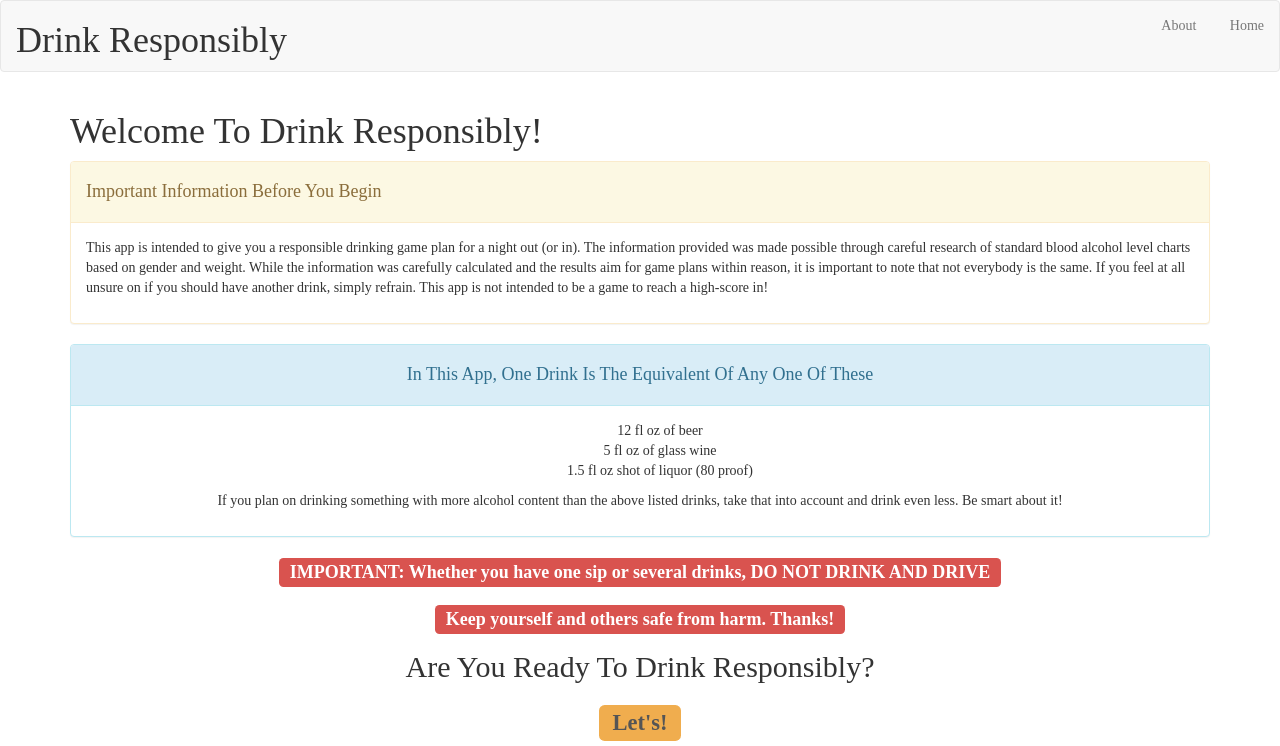
Repository: NatNat180/DrinkResponsibly
Page: http://localhost/DrinkResponsibly/
These files come from the project's save history. The page is drawn as it stood at one moment and after the next save; the edit follows.
The browser window is 1280 px wide. The pictures show the whole page.
Some web fonts or font styles are not loaded; a fallback is used. The page is served by Tomcat 9. Other server files are loaded and not shown.

Above is the page before, as saved 2016-04-07 20:31:19.

### DrinkResponsibly/WebContent/WEB-INF/about.jsp
<%@ page language="java" contentType="text/html; charset=UTF-8"
    pageEncoding="ISO-8859-1"%>
<%@ taglib prefix="c" uri="http://java.sun.com/jsp/jstl/core" %>
<!DOCTYPE html>
<html lang="eng">
<head>
<meta http-equiv="Content-Type" content="text/html; charset=UTF-8">
<link rel="stylesheet" type="text/css" href="bootstrap/css/bootstrap.css"/>
<link rel="stylesheet" type="text/css" href="css/style.css"/>
<title>What Is Drink Responsibly?</title>
</head>
<body>
<c:import url="/WEB-INF/navigation.html"/>
<section class="container">

<h1>Welcome To Drink Responsibly!</h1>

<div class="panel panel-warning">
<div class="panel-heading">
<h4>Important Information Before You Begin</h4>
</div>
<div class="panel-body">
	<p>This app is intended to give you a responsible drinking game plan for a night out
	(or in). The information provided was made possible through careful research of
	standard blood alcohol level charts based on gender and weight. While the
	information was carefully calculated and the results aim for game plans
	within reason, it is important to note that not everybody is the same.
	If you feel at all unsure on if you should have another drink, simply refrain.
	This app is not intended to be a game to reach a high-score in!</p>
</div>
</div>

<div class="center-text">

	<div class="panel panel-info">
	<div class="panel-heading">
	<h4>In This App, One Drink Is The Equivalent Of Any One Of These</h4>
	</div>
	<div class="panel-body">
		<ul>
			<li>12 fl oz of beer</li>
			<li>5 fl oz of glass wine</li>
			<li>1.5 fl oz shot of liquor (80 proof)</li>
		</ul>
	<p>If you plan on drinking something with more alcohol content than the above
	listed drinks, take that into account and drink even less. Be smart about it!</p>
	</div>
	</div>

	<h3><span class="label label-danger">IMPORTANT: Whether you have one sip or several drinks, DO NOT DRINK AND DRIVE</span></h3>
	<h3><span class="label label-danger">Keep yourself and others safe from harm. Thanks!</span></h3>

<h2>Are You Ready To Drink Responsibly?</h2>
	<h2><span class="label label-warning"><a href="form">Let's!</a></span></h2>

</div><!-- end text center -->

</section>
</body>
</html>

### DrinkResponsibly/WebContent/WEB-INF/navigation.html
<nav class="navbar navbar-default" role="navigation">
	<div class="container-fluid">
		<div class="navbar-header">
		  <h1  class="nav-title">Drink Responsibly</h1>
		</div>
		<ul class="nav navbar-nav navbar-right">
			<li id="right"><a href="">&nbsp;About</a>
			<li id="right"><a href="form">&nbsp;Home</a>
		</ul>
	</div>
	</nav>
	<!--<nav class="nav-tabs" role="navigation">
	<h1  class="nav-title">Drink Responsibly</h1>
		<ul class="nav navbar-nav navbar-right">
			<li id="right"><a href="">&nbsp;About</a>
			<li id="right"><a href="form">&nbsp;Home</a>
		</ul>
	</nav>-->

### DrinkResponsibly/src/com/application/Home.java
package com.application;

import java.io.IOException;
import javax.servlet.ServletException;
import javax.servlet.annotation.WebServlet;
import javax.servlet.http.HttpServlet;
import javax.servlet.http.HttpServletRequest;
import javax.servlet.http.HttpServletResponse;

@WebServlet("")
public class Home extends HttpServlet {
	private static final long serialVersionUID = 1L;

    public Home() {
        super();

    }

	protected void doPost(HttpServletRequest request, HttpServletResponse response) throws ServletException, IOException {

		doGet(request, response);
	}

	protected void doGet(HttpServletRequest request, HttpServletResponse response) throws ServletException, IOException {

			request.getServletContext().getRequestDispatcher("/WEB-INF/about.jsp").forward(request, response);

	}

}

### DrinkResponsibly/WebContent/css/style.css
@import url(https://fonts.googleapis.com/css?family=Fjalla+One|Poiret+One|Bitter|Arvo|Amatic+SC:400,700);

/*
font-family: 'Fjalla One', sans-serif;
font-family: 'Poiret One', cursive;
font-family: 'Bitter', serif;
font-family: 'Arvo', serif;
font-family: 'Amatic SC', cursive;
*/

h1 {font-family: 'Poiret One', cursive;}
body {font-family: 'Arvo', serif;}
.center-text {text-align:center;}

ul {
	list-style-type: none;
}

a {
	color: #555555;
}

a:hover{
	text-decoration: none;
}

form p {
	margin-top: 5px;
	margin-bottom: 5px;
}

Loaded but not shown: DrinkResponsibly/WebContent/bootstrap/css/bootstrap.css (library)

After the next save:
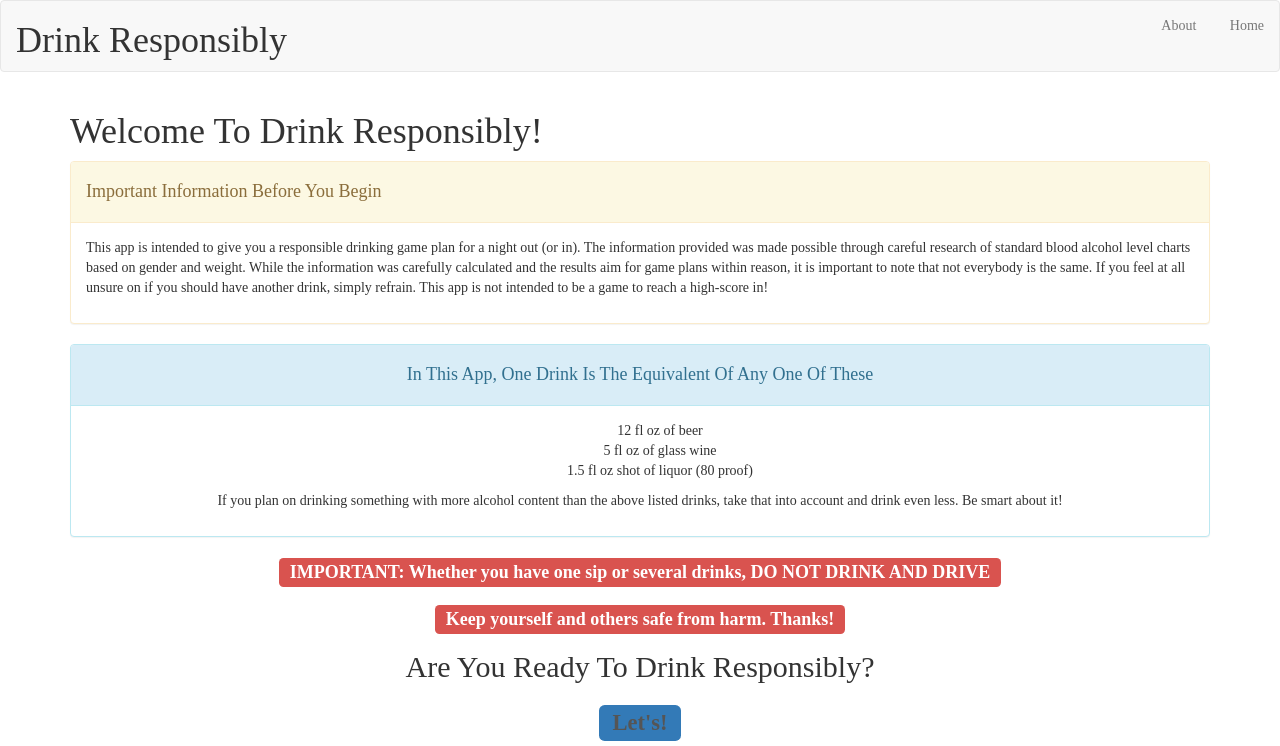
Saved 35 s later.
--- a/DrinkResponsibly/WebContent/WEB-INF/about.jsp
+++ b/DrinkResponsibly/WebContent/WEB-INF/about.jsp
@@ -51,7 +51,7 @@
 	<h3><span class="label label-danger">Keep yourself and others safe from harm. Thanks!</span></h3>
 
 <h2>Are You Ready To Drink Responsibly?</h2>
-	<h2><span class="label label-warning"><a href="form">Let's!</a></span></h2>
+	<h2><span class="label label-primary"><a href="form">Let's!</a></span></h2>
 
 </div><!-- end text center -->
 
